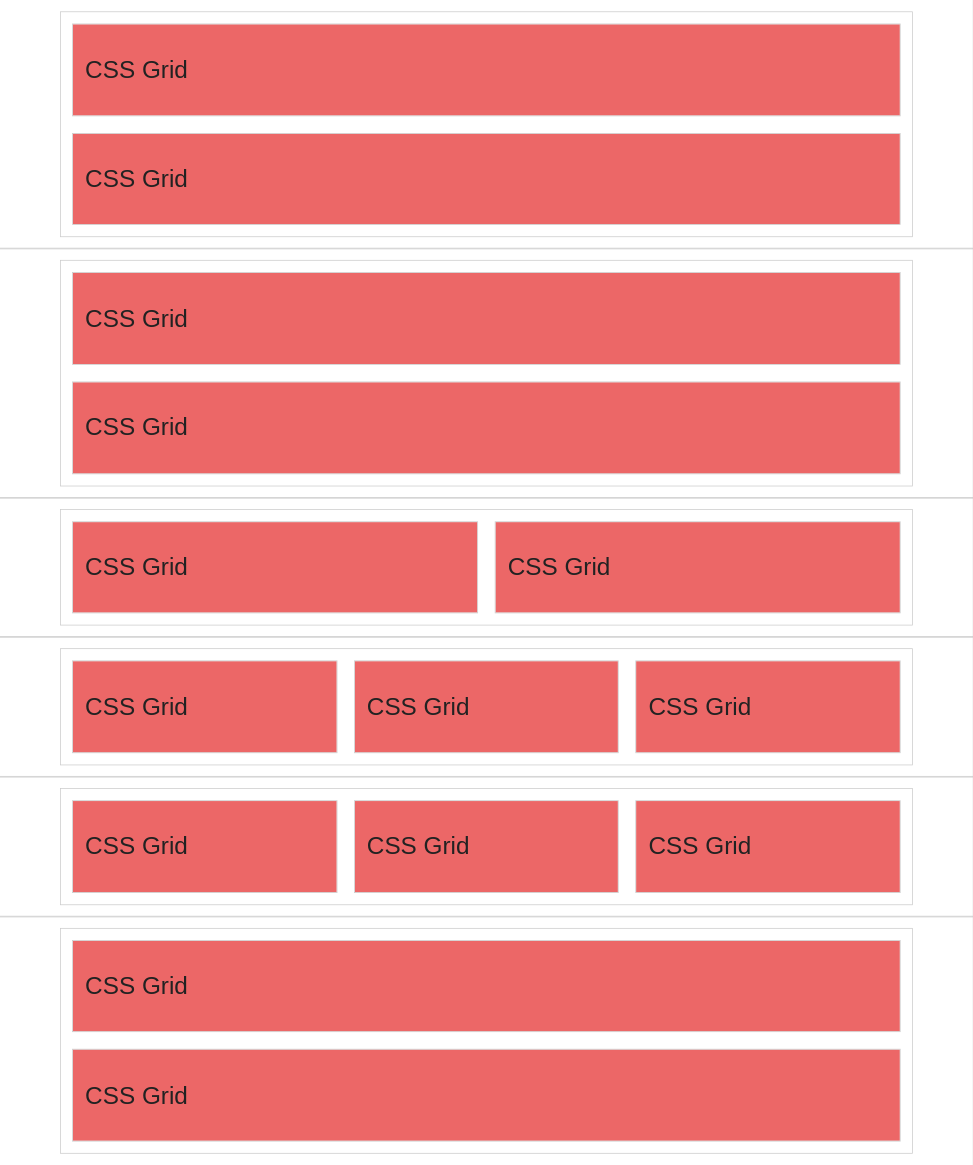
Repository: anoncoderin/madhu_kushal_html_layout
Page: metrosite_week4hw/index.html
The author's editor kept a copy of each file at every save. The page is drawn from the files as they stood at one save, then again after the next save.
The browser window is 1280 px wide. The pictures show the whole page, at 76% of full size.

Above is the page before, as saved 2023-01-28 00:11:37.

### metrosite_week4hw/index.html
<!doctype html>
<html class="no-js" lang="EN">

<head>
  <meta charset="utf-8">
  <title>Metrolics</title>
  <meta name="description" content="Some demo test website">
  <meta name="viewport" content="width=device-width, initial-scale=1">

  <meta property="og:title" content="">
  <meta property="og:type" content="">
  <meta property="og:url" content="">
  <meta property="og:image" content="">

  <link rel="manifest" href="site.webmanifest">
  <link rel="apple-touch-icon" href="icon.png">
  <!-- Place favicon.ico in the root directory -->

  <link rel="stylesheet" href="css/normalize.css">
  <link rel="stylesheet" href="css/main.css">

  <meta name="theme-color" content="#fafafa">
</head>

<body>


  <script src="js/vendor/modernizr-3.11.2.min.js"></script>
  <script src="js/plugins.js"></script>
  <script src="js/main.js"></script>

  <!-- Google Analytics: change UA-XXXXX-Y to be your site's ID. -->
  <script>
    window.ga = function () { ga.q.push(arguments) }; ga.q = []; ga.l = +new Date;
    ga('create', 'UA-XXXXX-Y', 'auto'); ga('set', 'anonymizeIp', true); ga('set', 'transport', 'beacon'); ga('send', 'pageview')
  </script>
  <script src="https://www.google-analytics.com/analytics.js" async></script>

  <script src="js/vendor/modernizr-3.11.2.min.js"></script>
  <script src="js/plugins.js"></script>
  <script src="js/main.js"></script>

  <!-- Google Analytics: change UA-XXXXX-Y to be your site's ID. -->
  <script>
    window.ga = function () { ga.q.push(arguments) }; ga.q = []; ga.l = +new Date;
    ga('create', 'UA-XXXXX-Y', 'auto'); ga('set', 'anonymizeIp', true); ga('set', 'transport', 'beacon'); ga('send', 'pageview')
  </script>
  <script src="https://www.google-analytics.com/analytics.js" async></script>





  <header class="">
    <div class="row">
      <div class="col">
        <h1>CSS Grid</h1>
      </div>
      <div class="col">
        <h1>CSS Grid</h1>
      </div>
    </div>

  </header>



  <section>

    <div class="row">
      <div class="col">
        <h1>CSS Grid</h1>
      </div>
      <div class="col">
        <h1>CSS Grid</h1>
      </div>
    </div>


  </section>

  <section>

    <div class="row tab-col-2" >
      <div class="col">
        <h1>CSS Grid</h1>

      </div>
      <div class="col">
        <h1>CSS Grid</h1>
      </div>
    </div>


  </section>

  <section>

    <div class="row tab-col-3">
      <div class="col">
        <h1>CSS Grid</h1>
      </div>
      <div class="col">
        <h1>CSS Grid</h1>
      </div>

      <div class="col">
        <h1>CSS Grid</h1>
      </div>

    </div>


  </section>

  <section>

    <div class="row tab-col-3">
      <div class="col">
        <h1>CSS Grid</h1>
      </div>
      <div class="col">
        <h1>CSS Grid</h1>
      </div>

      <div class="col">
        <h1>CSS Grid</h1>
      </div>

    </div>


  </section>


  <footer>
    <div class="row">
      <div class="col">
        <h1>CSS Grid</h1>
      </div>
      <div class="col">
        <h1>CSS Grid</h1>
      </div>
    </div>

  </footer>









</body>

</html>

### metrosite_week4hw/css/main.css
/*! HTML5 Boilerplate v8.0.0 | MIT License | https://html5boilerplate.com/ */

/* main.css 2.1.0 | MIT License | https://github.com/h5bp/main.css#readme */
/*
 * What follows is the result of much research on cross-browser styling.
 * Credit left inline and big thanks to Nicolas Gallagher, Jonathan Neal,
 * Kroc Camen, and the H5BP dev community and team.
 */

/* ==========================================================================
   Base styles: opinionated defaults
   ========================================================================== */

html {
  color: #222;
  font-size: 1em;
  line-height: 1.4;
}

/*
 * Remove text-shadow in selection highlight:
 * https://twitter.com/miketaylr/status/12228805301
 *
 * Vendor-prefixed and regular ::selection selectors cannot be combined:
 * https://stackoverflow.com/a/16982510/7133471
 *
 * Customize the background color to match your design.
 */

::-moz-selection {
  background: #b3d4fc;
  text-shadow: none;
}

::selection {
  background: #b3d4fc;
  text-shadow: none;
}

div,
main,
header,
section,
footer{
  outline: 1px solid #ccc;
  min-height: 1rem;
  padding: 1rem;
}

*,
*:before,
*:after{
  box-sizing: border-box;
}

img{
  width: 100%;
}


h1,
h2,
h3,
h4,
h5,
h6 {
  font-family:Arial, Helvetica, sans-serif;
  font-weight: 300;
}

p{
  font-family:Arial, Helvetica, sans-serif;
}

.row{
  display: grid;
  row-gap: 1rem;
}
.col{
  position: relative;
  background-color: rgb(236, 103, 103);
}

/* Small only */
@media screen and (max-width: 39.9375em) {}
/* Medium and up */
@media screen and (min-width: 40em) {
  .row{
    max-width: 70rem;
    column-gap: 1.5rem;
    row-gap: 1.5rem;
    margin: 0 auto;
  }
  .tab-col-2{
    grid-template-columns: 1fr 1fr;

  }
  .tab-col-3{
    grid-template-columns: repeat(3, 1fr);

}
}
/* Medium only */
@media screen and (min-width: 40em) and
(max-width: 63.9375em) {}
/* Large and up */
@media screen and (min-width: 64em) {}
/* Large only */
@media screen and (min-width: 64em) and
(max-width: 74.9375em) {}


/*
 * A better looking default horizontal rule
 */

hr {
  display: block;
  height: 1px;
  border: 0;
  border-top: 1px solid #ccc;
  margin: 1em 0;
  padding: 0;
}

/*
 * Remove the gap between audio, canvas, iframes,
 * images, videos and the bottom of their containers:
 * https://github.com/h5bp/html5-boilerplate/issues/440
 */

audio,
canvas,
iframe,
img,
svg,
video {
  vertical-align: middle;
}

/*
 * Remove default fieldset styles.
 */

fieldset {
  border: 0;
  margin: 0;
  padding: 0;
}

/*
 * Allow only vertical resizing of textareas.
 */

textarea {
  resize: vertical;
}

/* ==========================================================================
   Author's custom styles
   ========================================================================== */

/* ==========================================================================
   Helper classes
   ========================================================================== */

/*
 * Hide visually and from screen readers
 */

.hidden,
[hidden] {
  display: none !important;
}

/*
 * Hide only visually, but have it available for screen readers:
 * https://snook.ca/archives/html_and_css/hiding-content-for-accessibility
 *
 * 1. For long content, line feeds are not interpreted as spaces and small width
 *    causes content to wrap 1 word per line:
 *    https://medium.com/@jessebeach/beware-smushed-off-screen-accessible-text-5952a4c2cbfe
 */

.sr-only {
  border: 0;
  clip: rect(0, 0, 0, 0);
  height: 1px;
  margin: -1px;
  overflow: hidden;
  padding: 0;
  position: absolute;
  white-space: nowrap;
  width: 1px;
  /* 1 */
}

/*
 * Extends the .sr-only class to allow the element
 * to be focusable when navigated to via the keyboard:
 * https://www.drupal.org/node/897638
 */

.sr-only.focusable:active,
.sr-only.focusable:focus {
  clip: auto;
  height: auto;
  margin: 0;
  overflow: visible;
  position: static;
  white-space: inherit;
  width: auto;
}

/*
 * Hide visually and from screen readers, but maintain layout
 */

.invisible {
  visibility: hidden;
}

/*
 * Clearfix: contain floats
 *
 * For modern browsers
 * 1. The space content is one way to avoid an Opera bug when the
 *    `contenteditable` attribute is included anywhere else in the document.
 *    Otherwise it causes space to appear at the top and bottom of elements
 *    that receive the `clearfix` class.
 * 2. The use of `table` rather than `block` is only necessary if using
 *    `:before` to contain the top-margins of child elements.
 */

.clearfix::before,
.clearfix::after {
  content: " ";
  display: table;
}

.clearfix::after {
  clear: both;
}

/* ==========================================================================
   EXAMPLE Media Queries for Responsive Design.
   These examples override the primary ('mobile first') styles.
   Modify as content requires.
   ========================================================================== */

@media only screen and (min-width: 35em) {
  /* Style adjustments for viewports that meet the condition */
}

@media print,
  (-webkit-min-device-pixel-ratio: 1.25),
  (min-resolution: 1.25dppx),
  (min-resolution: 120dpi) {
  /* Style adjustments for high resolution devices */
}

/* ==========================================================================
   Print styles.
   Inlined to avoid the additional HTTP request:
   https://www.phpied.com/delay-loading-your-print-css/
   ========================================================================== */

@media print {
  *,
  *::before,
  *::after {
    background: #fff !important;
    color: #000 !important;
    /* Black prints faster */
    box-shadow: none !important;
    text-shadow: none !important;
  }

  a,
  a:visited {
    text-decoration: underline;
  }

  a[href]::after {
    content: " (" attr(href) ")";
  }

  abbr[title]::after {
    content: " (" attr(title) ")";
  }

  /*
   * Don't show links that are fragment identifiers,
   * or use the `javascript:` pseudo protocol
   */
  a[href^="#"]::after,
  a[href^="javascript:"]::after {
    content: "";
  }

  pre {
    white-space: pre-wrap !important;
  }

  pre,
  blockquote {
    border: 1px solid #999;
    page-break-inside: avoid;
  }

  /*
   * Printing Tables:
   * https://web.archive.org/web/20180815150934/http://css-discuss.incutio.com/wiki/Printing_Tables
   */
  thead {
    display: table-header-group;
  }

  tr,
  img {
    page-break-inside: avoid;
  }

  p,
  h2,
  h3 {
    orphans: 3;
    widows: 3;
  }

  h2,
  h3 {
    page-break-after: avoid;
  }
}

### metrosite_week4hw/js/plugins.js
// Avoid `console` errors in browsers that lack a console.
(function() {
  var method;
  var noop = function () {};
  var methods = [
    'assert', 'clear', 'count', 'debug', 'dir', 'dirxml', 'error',
    'exception', 'group', 'groupCollapsed', 'groupEnd', 'info', 'log',
    'markTimeline', 'profile', 'profileEnd', 'table', 'time', 'timeEnd',
    'timeline', 'timelineEnd', 'timeStamp', 'trace', 'warn'
  ];
  var length = methods.length;
  var console = (window.console = window.console || {});

  while (length--) {
    method = methods[length];

    // Only stub undefined methods.
    if (!console[method]) {
      console[method] = noop;
    }
  }
}());

// Place any jQuery/helper plugins in here.

Loaded but not shown: metrosite_week4hw/css/normalize.css (library); metrosite_week4hw/js/vendor/modernizr-3.11.2.min.js (library); metrosite_week4hw/js/main.js (no stored copy; drawn as an empty file)

After the next save:
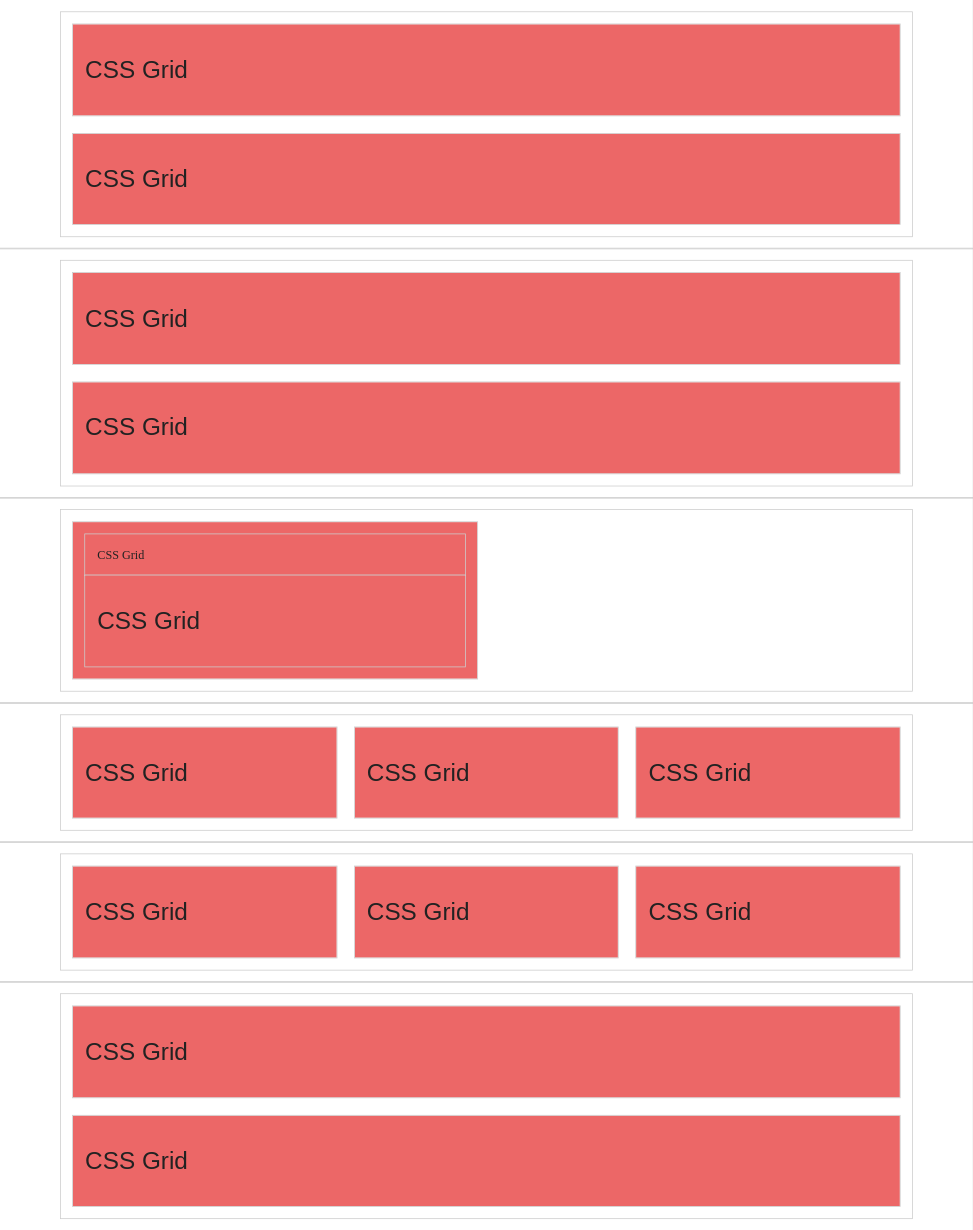
Saved 49 s later.
--- a/metrosite_week4hw/index.html
+++ b/metrosite_week4hw/index.html
@@ -83,7 +83,7 @@
 
     <div class="row tab-col-2" >
       <div class="col">
-        <h1>CSS Grid</h1>
+       <div <h1>CSS Grid</h1>
 
       </div>
       <div class="col">
